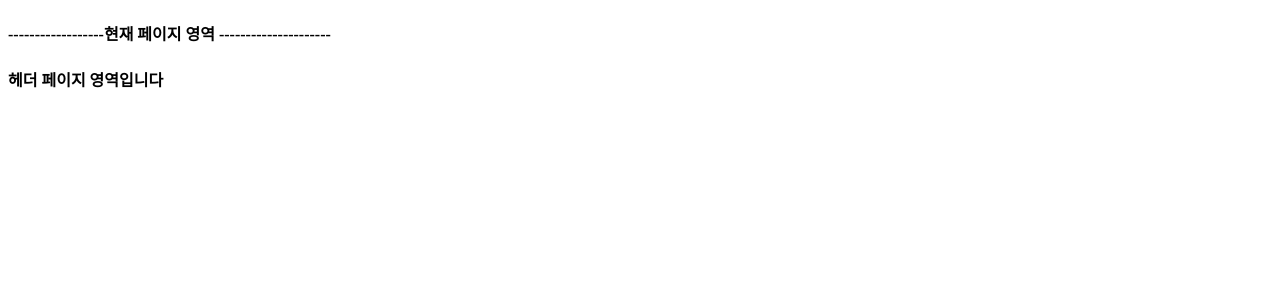
Repository: iwanttogohomenow/jspwork
Page: http://localhost/first/06_07_include01.jsp
These files come from the project's save history. The page is drawn as it stood at one moment and after the next save; the edit follows.
The browser window is 1280 px wide. The pictures show the whole page.
The page is served by Tomcat 9.

Above is the page before, as saved 2023-03-06 07:46:11.

After the next save:
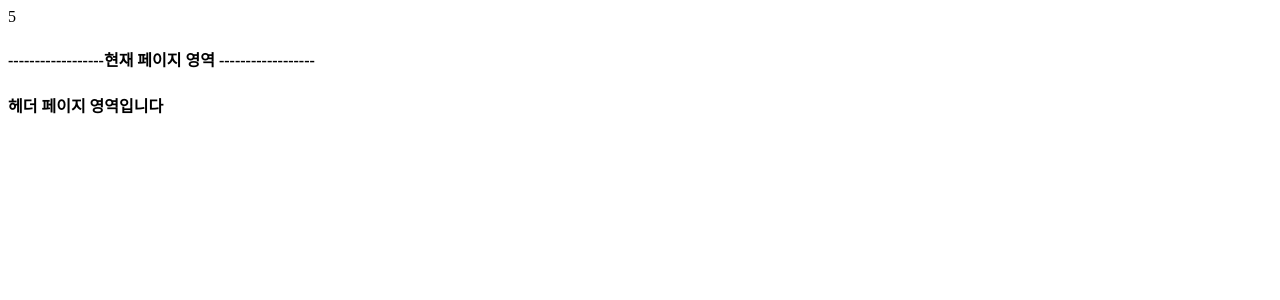
Saved 28 s later.
--- a/first/src/main/webapp/06_07_include01.jsp
+++ b/first/src/main/webapp/06_07_include01.jsp
@@ -7,7 +7,8 @@
 <title>Directives Tag</title>
 </head>
 <body>
-<h4>------------------현재 페이지 영역 ---------------------</h4>
-<%@ include file="06_07_include01_header.jsp"%>
+<%= a %>
+<h4>------------------현재 페이지 영역 ------------------</h4>
+<%@ include file="06_07_include01_header.jsp"%> <!-- include 소스코드가 통째로 들어옴, 변수선언도 이어서 쓸 수 있음 -->
 </body>
 </html>
